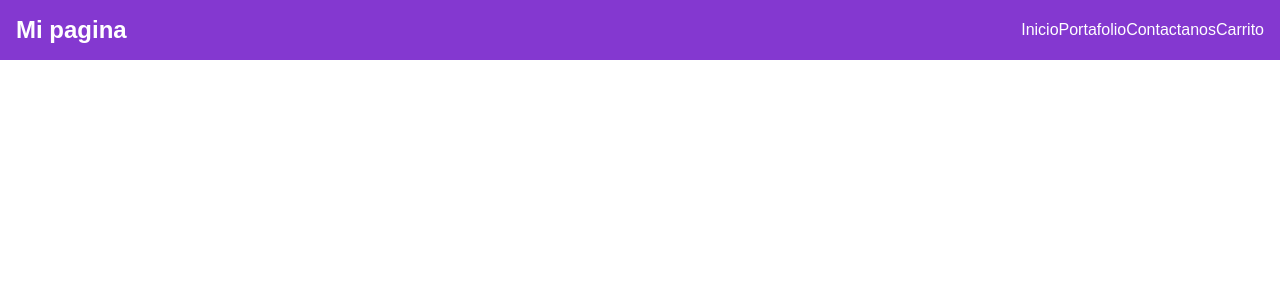
Repository: TzStrikerYT/Dise-o-web-NA00
Page: Proyecto-01/index.html
These files come from the project's save history. The page is drawn as it stood at one moment and after the next save; the edit follows.
The browser window is 1280 px wide. The pictures show the whole page.

Above is the page before, as saved 2024-08-21 21:17:22.

### Proyecto-01/index.html
<!DOCTYPE html>
<html lang="en">
  <head>
    <meta charset="UTF-8" />
    <meta http-equiv="X-UA-Compatible" content="IE=edge" />
    <meta name="viewport" content="width=device-width, initial-scale=1.0" />
    <title>Document</title>
    <link rel="stylesheet" href="style.css" />
  </head>
  <body>

    <!-- barra de navegación -->
    <nav class="navbar">
        <div class="logo">
            <h2>Mi pagina</h2>
        </div>

        <div class="nav-options">
            <a href="#" class="hiper-nav">Inicio</a>
            <a href="#" class="hiper-nav">Portafolio</a>
            <a href="#" class="hiper-nav">Contactanos</a>
            <a href="#" class="hiper-nav">Carrito</a>
        </div>
    </nav>

    <section>
        <div></div>
        <div></div>
    </section>

    <section>
        <div></div>
        <div></div>
        <div></div>
    </section>



  </body>
</html>

### Proyecto-01/style.css
* {
  margin: 0;
  padding: 0;
  font-family: Arial, Helvetica, sans-serif;
  scroll-behavior: smooth;
}

.navbar {
    display: flex;
    justify-content: space-between;
    align-items: center;
    background: #8438d0;
    color: #fff;
    padding: 1rem;
}

.nav-options {
    display: flex;
}

.hiper-nav {
    text-decoration: none;
    color: #fff;
}

After the next save:
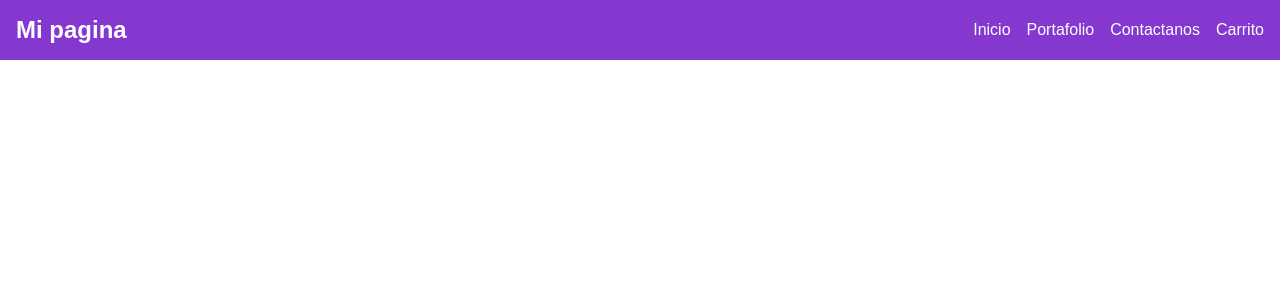
Saved 10 s later.
--- a/Proyecto-01/style.css
+++ b/Proyecto-01/style.css
@@ -16,6 +16,7 @@
 
 .nav-options {
     display: flex;
+    gap: 1rem;
 }
 
 .hiper-nav {
